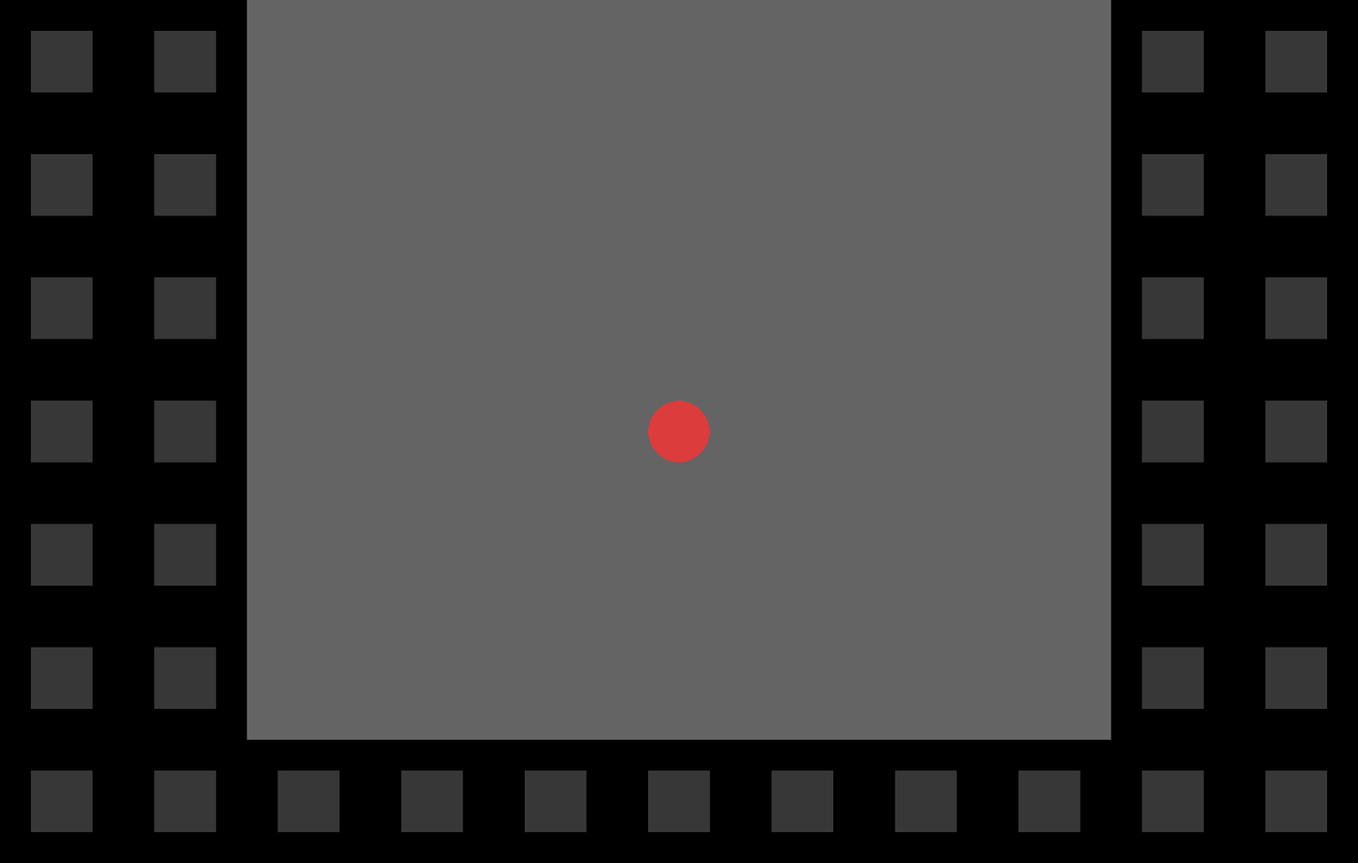
Repository: Nakib-Arman/Game-Jam-2026
Script's output: python main.py
These files come from the project's save history. The script's output is drawn as it stood at one moment and after the next save; the edit follows.
The pictures are shown at 97% of full size.
Figures wider than 1,400 px are first shrunk to that width. The window is shown after at most 60 frames with no key pressed. Random numbers start from a fixed seed.

Above is the script's output before, as saved 2026-01-24 21:03:20.

After the next save:
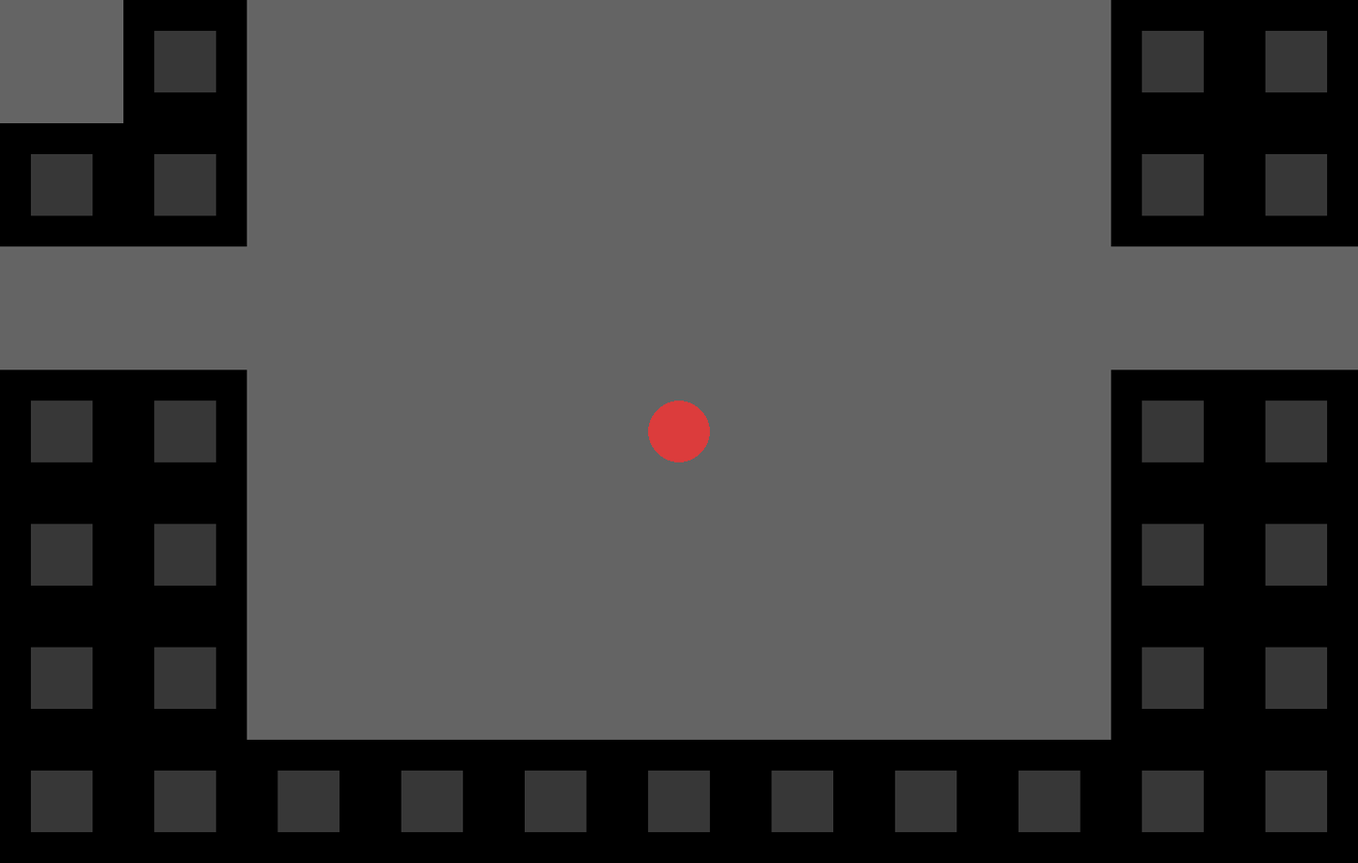
Saved 5 s later.
--- a/main.py
+++ b/main.py
@@ -6,7 +6,7 @@
 # ======================
 
 WORLD_ROWS = 50
-WORLD_COLS = 41
+WORLD_COLS = 50
 
 VIEW_ROWS = 7
 VIEW_COLS = 11
